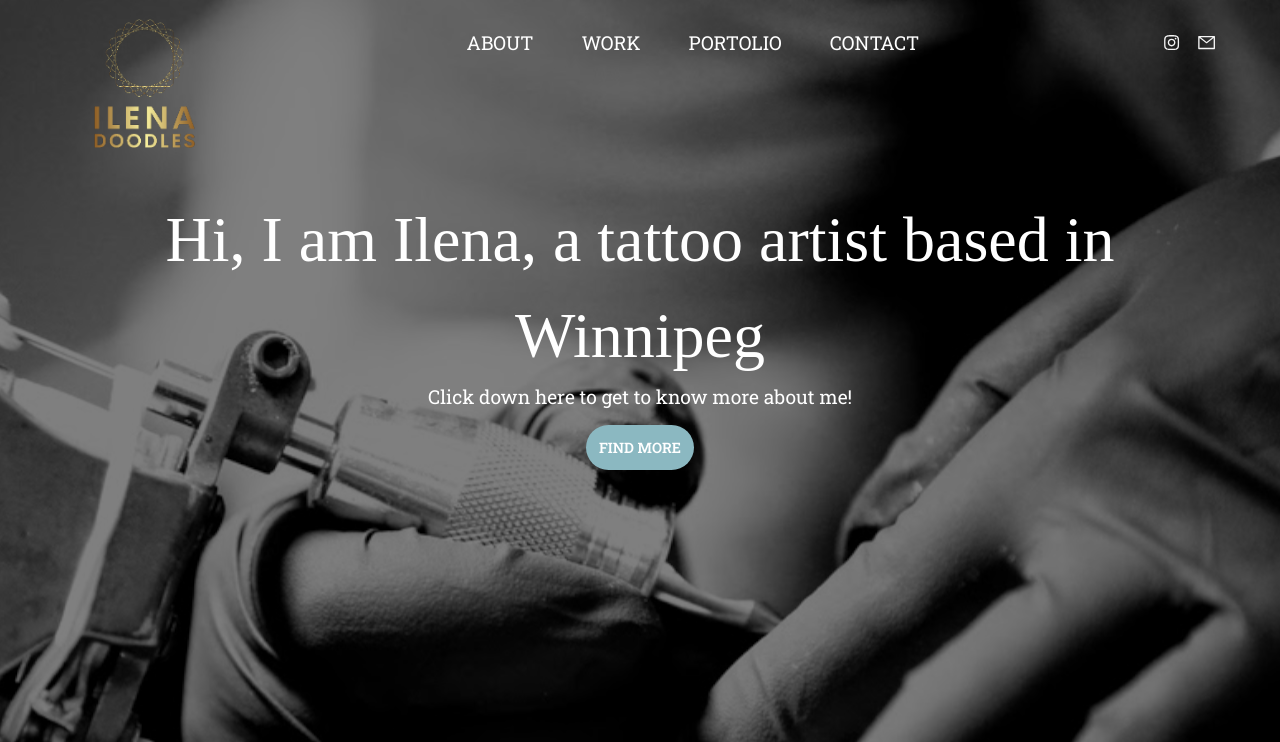
Repository: Leoka2000/Ilena
Page: /
These files come from the project's save history. The page is drawn as it stood at one moment and after the next save; the edit follows.
The browser window is 1280 px wide. The pictures show the whole page.
Some web fonts or font styles are not loaded; a fallback is used. The project was rebuilt for these pictures with package versions that can differ from the ones it lists, and the page was loaded fresh each time. Also part of the build but not shown: src/App.css.

Above is the page before, as saved 2023-03-02 11:46:06.

After the next save:
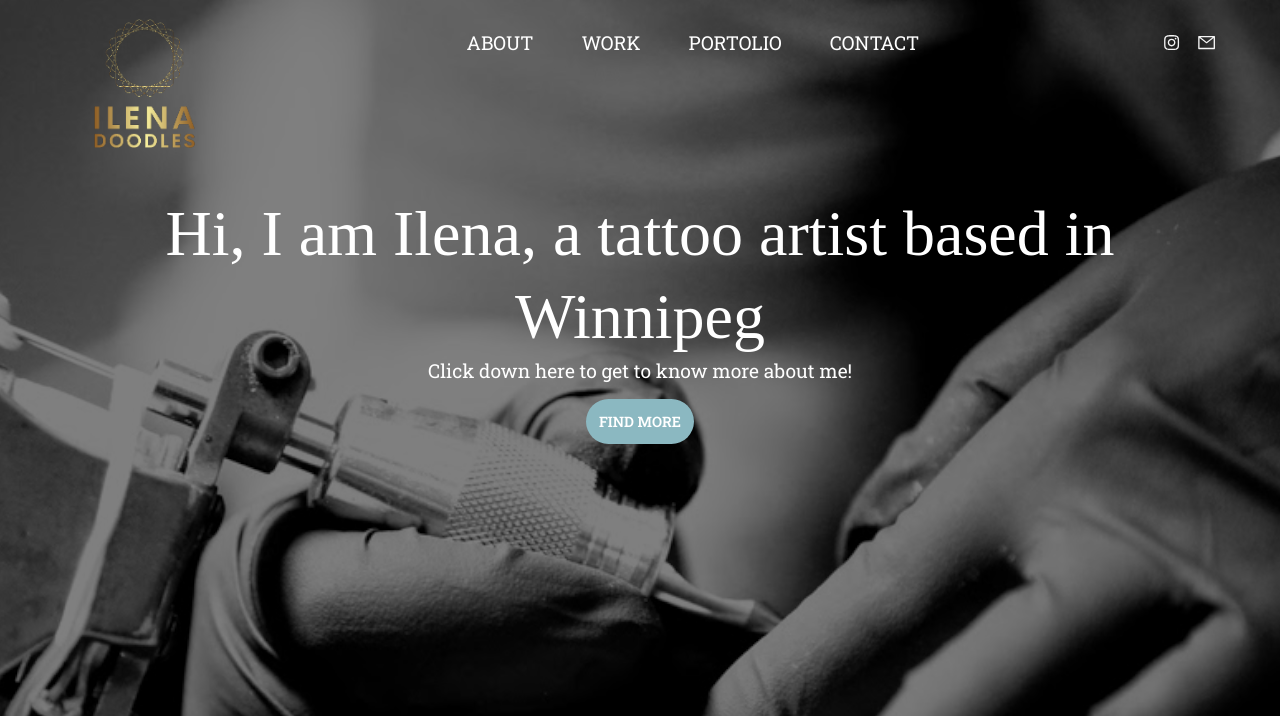
Saved 19 min 11 s later.
--- a/src/pages/hero/hero.css
+++ b/src/pages/hero/hero.css
@@ -32,7 +32,7 @@
   width: 80%;
   filter: brightness(100%);
   color: rgb(255, 255, 255);
-  line-height: 1.5;
+  line-height: 1.3;
 }
 
 .hero-section > p {
